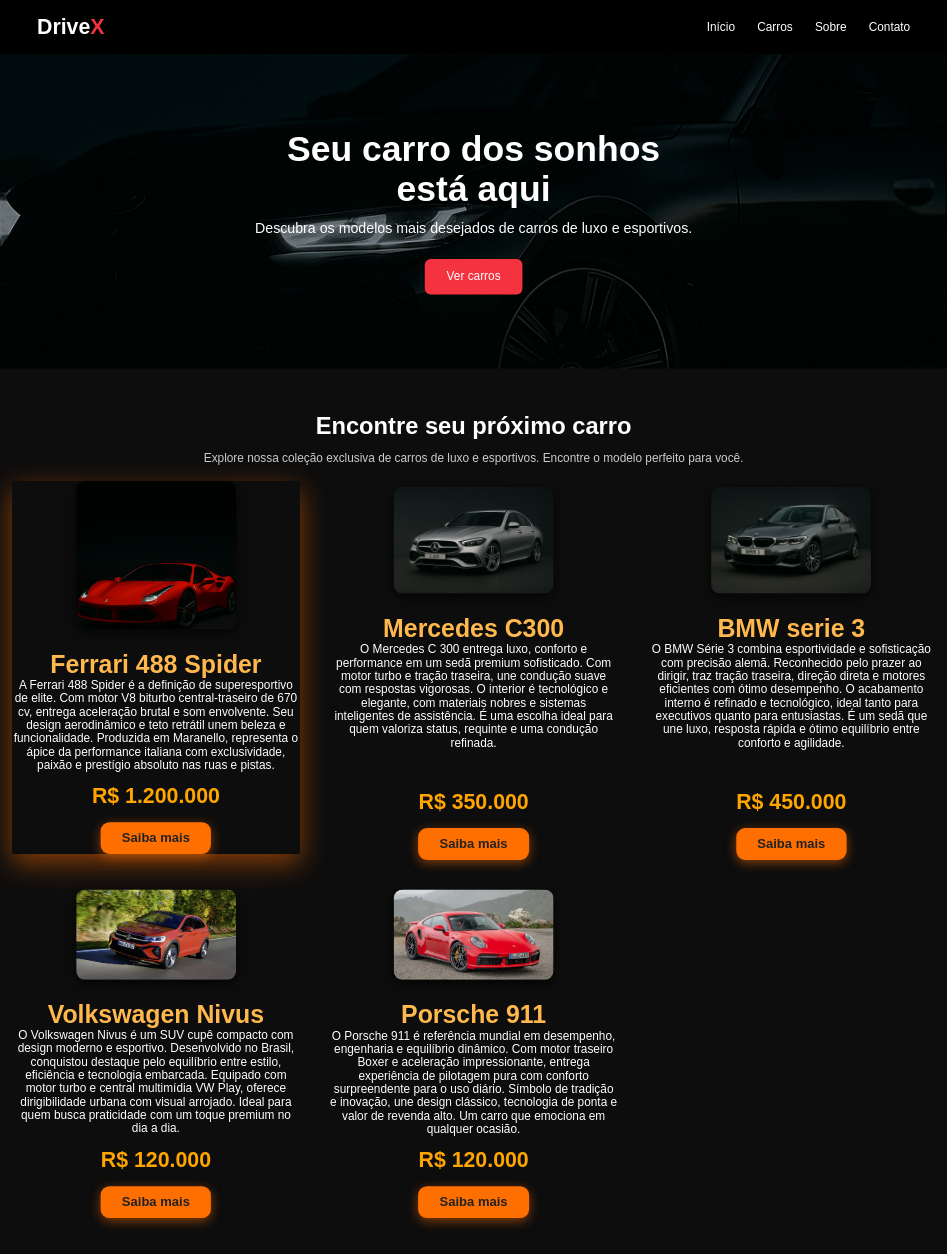
Repository: Mateushlp/DriveX
Page: index.html
An editor plug-in stored every save of this project. The page is shown before and after the next save, followed by the edit.
The browser window is 1280 px wide. The pictures show the whole page, at 74% of full size.
The pointer rests on the first visible `.card-carro`.

Above is the page before, as saved 2025-06-23 22:42:13.

### index.html
<!DOCTYPE html>
<html lang="pt-br">
<head>
  <meta charset="UTF-8" />
  <meta name="viewport" content="width=device-width, initial-scale=1.0"/>
  <title>DriveX</title>
  <link rel="stylesheet" href="style.css" />
</head>
<body>
  <header>
    <div class="logo">Drive<span>X</span></div>
    <nav>
      <ul>
        <li><a href="index.html">Início</a></li>
        <li><a href="carros.html">Carros</a></li>
        <li><a href="sobre.html">Sobre</a></li>
        <li><a href="contato.html">Contato</a></li>
      </ul>
    </nav>
  </header>

  <section class="hero">
    <div class="hero-content">
      <h1>Seu carro dos sonhos<br>está aqui</h1>
      <p>Descubra os modelos mais desejados de carros de luxo e esportivos.</p>
      <button onclick="scrollToCars()">Ver carros</button>
    </div>
  </section>

  <section class="intro">
    <h2>Encontre seu próximo carro</h2>
    <p>Explore nossa coleção exclusiva de carros de luxo e esportivos. Encontre o modelo perfeito para você.</p>
  </section>

  <section id="carros" class="grid-carro">
    <div class="card-carro">
      <img src="./img/ferrari.png" alt="Ferrari 488 Spider" />
      <h3>Ferrari 488 Spider</h3>
      <p>A Ferrari 488 Spider é a definição de superesportivo de elite. Com motor V8 biturbo central-traseiro de 670 cv, entrega aceleração brutal e som envolvente. Seu design aerodinâmico e teto retrátil unem beleza e funcionalidade. Produzida em Maranello, representa o ápice da performance italiana com exclusividade, paixão e prestígio absoluto nas ruas e pistas.</p>
      <strong>R$ 1.200.000</strong>
      <button class="btn-detalhes" data-modelo="Ferrari 488 Spider">Saiba mais</button>
    </div>

    <div class="card-carro">
      <img src="./img/ChatGPT Image 19 de jun. de 2025, 23_14_08.png" alt="Mercedes C300" />
      <h3>Mercedes C300</h3>
      <p>O Mercedes C 300 entrega luxo, conforto e performance em um sedã premium sofisticado. Com motor turbo e tração traseira, une condução suave com respostas vigorosas. O interior é tecnológico e elegante, com materiais nobres e sistemas inteligentes de assistência. É uma escolha ideal para quem valoriza status, requinte e uma condução refinada.</p>
      <strong>R$ 350.000</strong>
      <button class="btn-detalhes" data-modelo="Mercedes C300">Saiba mais</button>
    </div>

    <div class="card-carro">
      <img src="./img/serie 3.png" alt="BMW serie 3" />
      <h3>BMW serie 3</h3>
      <p>O BMW Série 3 combina esportividade e sofisticação com precisão alemã. Reconhecido pelo prazer ao dirigir, traz tração traseira, direção direta e motores eficientes com ótimo desempenho. O acabamento interno é refinado e tecnológico, ideal tanto para executivos quanto para entusiastas. É um sedã que une luxo, resposta rápida e ótimo equilíbrio entre conforto e agilidade.</p>
      <strong>R$ 450.000</strong>
      <button class="btn-detalhes" data-modelo="BMW serie 3">Saiba mais</button>
    </div>

    <div class="card-carro">
      <img src="./img/nivus.jpg" alt="Volkswagen Nivus" />
      <h3>Volkswagen Nivus</h3>
      <p>O Volkswagen Nivus é um SUV cupê compacto com design moderno e esportivo. Desenvolvido no Brasil, conquistou destaque pelo equilíbrio entre estilo, eficiência e tecnologia embarcada. Equipado com motor turbo e central multimídia VW Play, oferece dirigibilidade urbana com visual arrojado. Ideal para quem busca praticidade com um toque premium no dia a dia.</p>
      <strong>R$ 120.000</strong>
      <button class="btn-detalhes" data-modelo="nivus">Saiba mais</button>
    </div>

    <div class="card-carro">
      <img src="./img/Porsche-911.jpg" alt="Porsche 911" />
      <h3>Porsche 911</h3>
      <p>O Porsche 911 é referência mundial em desempenho, engenharia e equilíbrio dinâmico. Com motor traseiro Boxer e aceleração impressionante, entrega experiência de pilotagem pura com conforto surpreendente para o uso diário. Símbolo de tradição e inovação, une design clássico, tecnologia de ponta e valor de revenda alto. Um carro que emociona em qualquer ocasião.</p>
      <strong>R$ 120.000</strong>
      <button class="btn-detalhes" data-modelo="911">Saiba mais</button>
    </div>
  </section>

  <div id="modal-detalhes" class="modal">
    <div class="modal-content">
      <span id="fechar-modal" class="fechar">&times;</span>
      <h2 id="titulo-modal"></h2>
      <img id="img-modal" src="" alt="" style="max-width: 100%; border-radius: 10px; margin-bottom: 1rem;" />
      <p id="descricao-modal"></p>
      <strong id="preco-modal"></strong>
    </div>
  </div>

  <script src="script.js"></script>
</body>
</html>

### style.css
* {
  margin: 0;
  padding: 0;
  box-sizing: border-box;
}

body {
  font-family: 'Arial', sans-serif;
  background-color: #0d0d0d;
  color: #fff;
}

header {
  display: flex;
  justify-content: space-between;
  align-items: center;
  padding: 20px 50px;
  background-color: #000;
}

.logo {
  font-size: 1.8rem;
  font-weight: bold;
}

.logo span {
  color: #f53340;
}

nav ul {
  list-style: none;
  display: flex;
  gap: 30px;
}

nav a {
  color: #fff;
  text-decoration: none;
  font-size: 1rem;
}

.hero {
  background-image: url('img/fundo carrodo sonho.png');
  background-size: cover;
  background-position: center;
  padding: 100px 20px;
  text-align: center;
}

.hero-content h1 {
  font-size: 3rem;
  font-weight: bold;
  margin-bottom: 15px;
}

.hero-content p {
  font-size: 1.2rem;
  margin-bottom: 30px;
}

.hero-content button {
  background-color: #f53340;
  border: none;
  padding: 15px 30px;
  font-size: 1rem;
  color: #fff;
  border-radius: 8px;
  cursor: pointer;
}

.intro {
  text-align: center;
  padding: 60px 20px 30px;
}

.intro h2 {
  font-size: 2rem;
  margin-bottom: 15px;
}

.intro p {
  font-size: 1rem;
  color: #ccc;
}

.grid-carro {
  display: grid;
  grid-template-columns: repeat(auto-fill, minmax(320px, 1fr));
  gap: 2.5rem;
  padding: 0 1rem 3rem;
  align-items: stretch; /* força as células da grid terem mesma altura */
}

/* Cards de carro */
.card-carro {
  display: flex;
  flex-direction: column;
  align-items: center;
  height: 100%; /* faz o card ocupar toda altura da célula */
}

.card-carro:hover {
  transform: translateY(-8px);
  box-shadow: 0 12px 35px rgba(255, 111, 0, 0.5);
}

.card-carro img {
  width: 30vh;
  max-height: 200px; /* Limita a altura */
  object-fit: cover;
  border-radius: 12px;
  margin-bottom: 1.2rem;
  box-shadow: 0 5px 15px rgba(0,0,0,0.7);
}

.card-carro h3 {
  font-size: 2.1rem;
  color: #ffb84d;
  margin-top: 0.6rem;
  text-align: center;
}

.card-carro p {
  flex-grow: 1;
  text-align: center;
}

.card-carro strong {
  font-size: 1.8rem;
  color: #ffa500;
  margin: 1rem 0 1.2rem 0;
  font-weight: 900;
  text-align: center;
}

/* Botão Saiba Mais */
.btn-detalhes {
  background-color: #ff6f00;
  color: #222;
  border: none;
  padding: 0.7rem 1.8rem;
  border-radius: 12px;
  cursor: pointer;
  font-weight: 700;
  font-size: 1.1rem;
  transition: background-color 0.3s ease;
  box-shadow: 0 4px 15px rgba(255, 111, 0, 0.5);
}

.btn-detalhes:hover {
  background-color: #ff9100;
  box-shadow: 0 6px 22px rgba(255, 145, 0, 0.8);
}

/* Modal */
.modal {
  display: none;
  position: fixed;
  z-index: 9999;
  left: 0;
  top: 0;
  width: 100%;
  height: 100%;
  background-color: rgba(18, 18, 18, 0.85);
  justify-content: center;
  align-items: center;
  overflow-y: auto;
  padding: 2rem 1rem;
}

.modal-content {
  background: #2a2a2a;
  padding: 2.5rem;
  border-radius: 20px;
  max-width: 600px;
  text-align: center;
  box-shadow: 0 10px 40px rgba(255, 111, 0, 0.7);
  color: #fff;
  position: relative;
}

.fechar {
  position: absolute;
  top: 20px;
  right: 25px;
  font-size: 2.6rem;
  cursor: pointer;
  color: #ff6f00;
  transition: color 0.3s ease;
}

.fechar:hover {
  color: #ffa040;
}

### script.js
function scrollToCars() {
  document.getElementById('carros').scrollIntoView({ behavior: 'smooth' });
}

const modal = document.getElementById("modal-detalhes");
const fecharModal = document.getElementById("fechar-modal");
const tituloModal = document.getElementById("titulo-modal");
const imgModal = document.getElementById("img-modal");
const descricaoModal = document.getElementById("descricao-modal");
const precoModal = document.getElementById("preco-modal");

const carrosDados = {
  "Ferrari 488 Spider": {
    descricao: "A Ferrari 488 Spider combina desempenho excepcional com design italiano sofisticado. Equipada com um motor V8 biturbo de 670 cv, atinge 0 a 100 km/h em apenas 3 segundos. É um conversível que oferece emoção pura e luxo absoluto.",
    preco: "R$ 1.200.000",
    img: "./img/ferrari.png",
  },
  "Mercedes C300": {
    descricao: "Luxo, tecnologia e performance. Motor turbo de 258cv, interior com acabamento premium, painel digital MBUX, assistente de voz e iluminação ambiente. Segurança com frenagem automática e piloto adaptativo.",
    preco: "R$ 350.000",
    img: "./img/ChatGPT Image 19 de jun. de 2025, 23_14_08.png",
  },
  "BMW serie 3": {
    descricao: "Design esportivo e tecnologia de ponta. Motor turbo de 258cv, tração traseira, câmbio automático de 8 marchas e modos de condução inteligentes. Interior refinado com tela curva, assistente pessoal e conectividade total. Dirigibilidade e conforto que definem o segmento premium.",
    preco: "R$ 450.000",
    img: "./img/serie 3.png",
  },
  "nivus": {
    descricao: "O Volkswagen Nivus é um crossover compacto com design coupé, desenvolvido no Brasil e lançado em 2020. Ele se destaca pelo visual moderno e pela tecnologia embarcada, como o painel Active Info Display e a central multimídia VW Play",
    preco: "R$ 120.000",
    img: "./img/nivus.jpg",
  },
  "911": {
    descricao: "Suspensão adaptativa PASM, motor boxer biturbo com equilíbrio perfeito, tração traseira ou integral, modo Wet para segurança em chuva, interior esportivo com luxo discreto e acabamento premium Porsche, Ícone mundial com DNA de competição, direção precisa e visceral, carroceria aerodinâmica para máxima estabilidade, painel com tradição e tecnologia, desempenho brutal com elegância, feito para quem valoriza exclusividade real.",
    preco: "R$ 120.000",
    img: "./img/Porsche-911.jpg",
  },
};

function abrirModal(modelo) {
  const dados = carrosDados[modelo];
  if (dados) {
    tituloModal.textContent = modelo;
    descricaoModal.textContent = dados.descricao;
    precoModal.textContent = dados.preco;
    imgModal.src = dados.img;
    imgModal.alt = modelo;
    modal.classList.add("show");
    modal.style.display = "flex";
    modal.animate([{ opacity: 0 }, { opacity: 1 }], { duration: 300, fill: "forwards" });
  }
}

function fecharModalFunc() {
  const anim = modal.animate([{ opacity: 1 }, { opacity: 0 }], { duration: 300, fill: "forwards" });
  anim.onfinish = () => {
    modal.style.display = "none";
    modal.classList.remove("show");
  };
}

document.querySelectorAll(".btn-detalhes").forEach((button) => {
  button.addEventListener("click", () => {
    abrirModal(button.dataset.modelo);
  });
});

if (fecharModal) {
  fecharModal.addEventListener("click", fecharModalFunc);
}

window.addEventListener("click", (e) => {
  if (e.target === modal) {
    fecharModalFunc();
  }
});

After the next save:
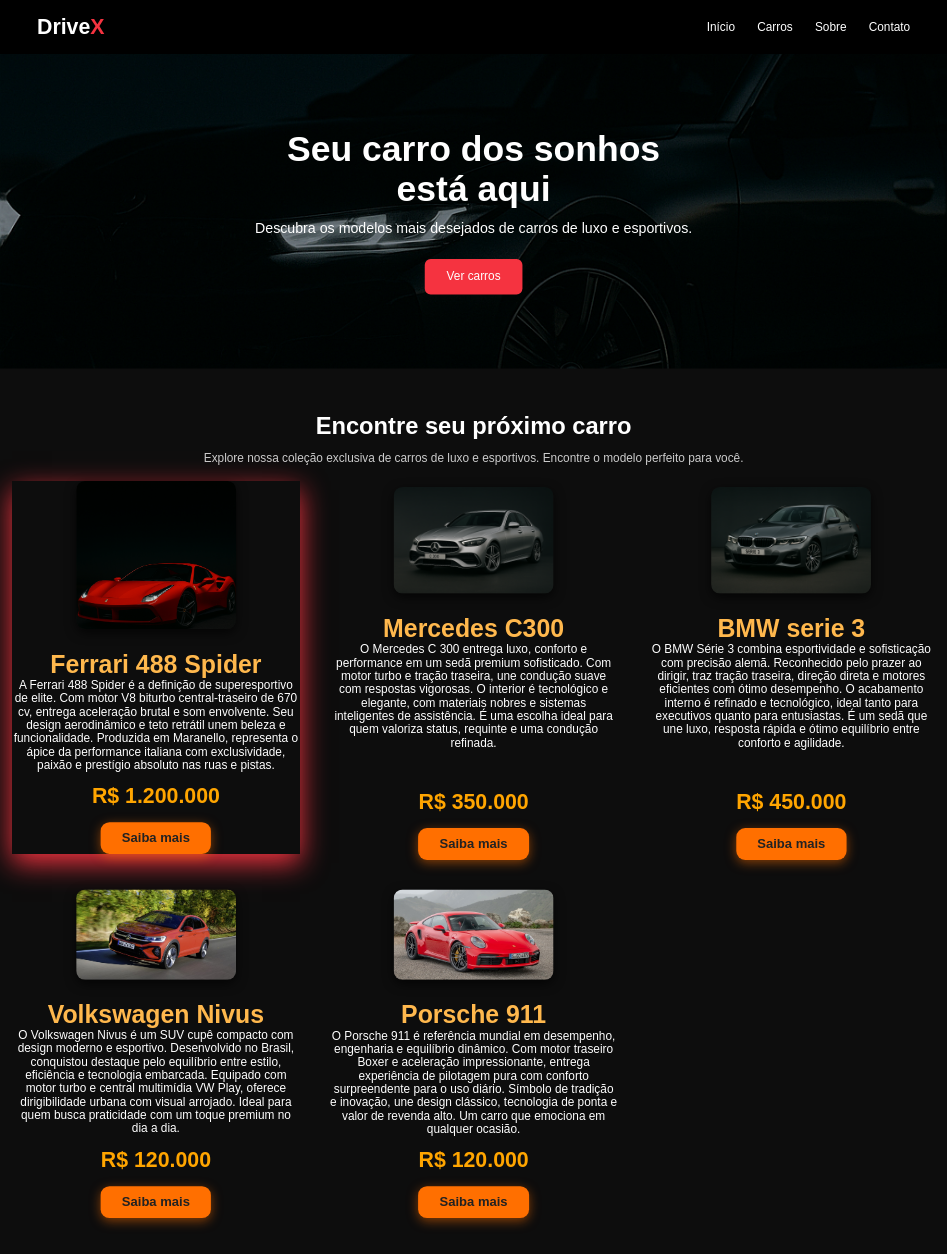
Saved 17 s later.
--- a/style.css
+++ b/style.css
@@ -101,7 +101,7 @@
 
 .card-carro:hover {
   transform: translateY(-8px);
-  box-shadow: 0 12px 35px rgba(255, 111, 0, 0.5);
+  box-shadow: 0 12px 35px #f53340;
 }
 
 .card-carro img {
